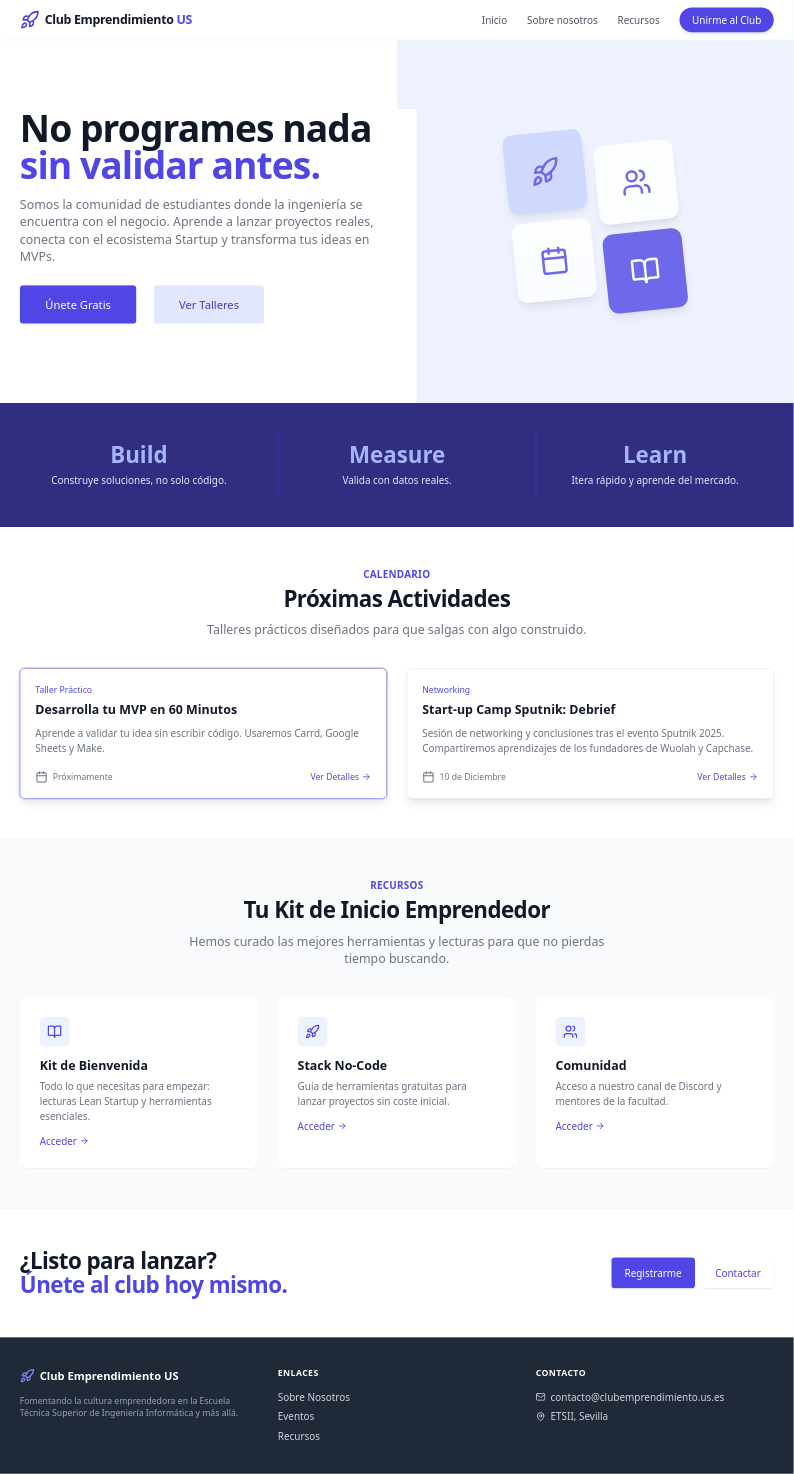
Repository: enerombar/club-emprendimiento-web
Page: /
An editor plug-in stored every save of this project. The page is shown before and after the next save, followed by the edit.
The browser window is 1280 px wide. The pictures show the whole page, at 62% of full size.
The project was rebuilt for these pictures with package versions that can differ from the ones it lists, and the page was loaded fresh each time. Also part of the build but not shown: vite.config.js.

Above is the page before, as saved 2025-12-08 00:14:10.

After the next save:
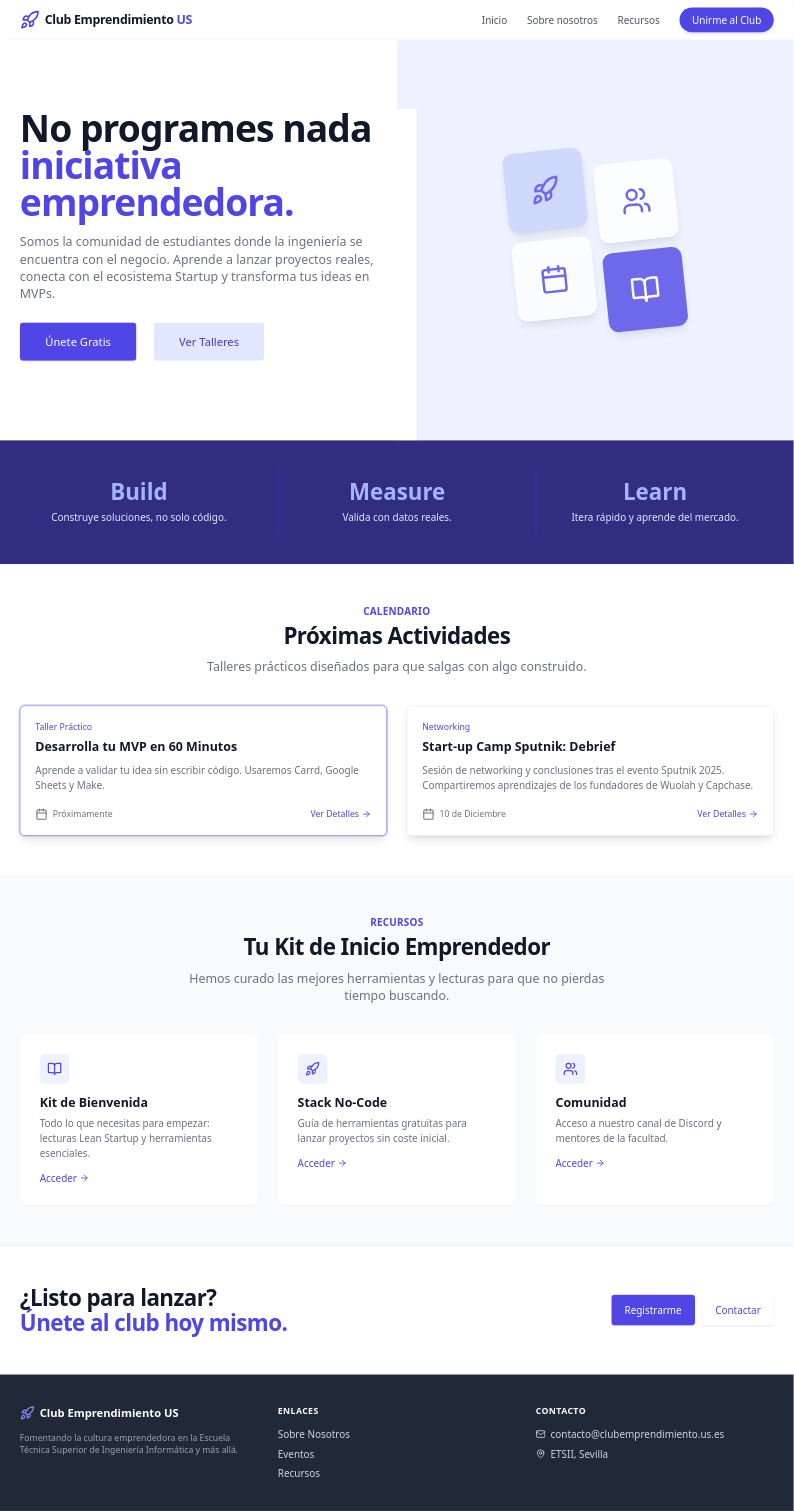
Saved 78 s later.
--- a/src/App.jsx
+++ b/src/App.jsx
@@ -127,7 +127,7 @@ const ClubEmprendimiento = () => {
               <div className="sm:text-center lg:text-left">
                 <h1 className="text-4xl tracking-tight font-extrabold text-gray-900 sm:text-5xl md:text-6xl">
                   <span className="block xl:inline">No programes nada</span>{' '}
-                  <span className="block text-indigo-600 xl:inline">sin validar antes.</span>
+                  <span className="block text-indigo-600 xl:inline">iniciativa emprendedora.</span>
                 </h1>
                 <p className="mt-3 text-base text-gray-500 sm:mt-5 sm:text-lg sm:max-w-xl sm:mx-auto md:mt-5 md:text-xl lg:mx-0">
                   Somos la comunidad de estudiantes donde la ingeniería se encuentra con el negocio. Aprende a lanzar proyectos reales, conecta con el ecosistema Startup y transforma tus ideas en MVPs.
